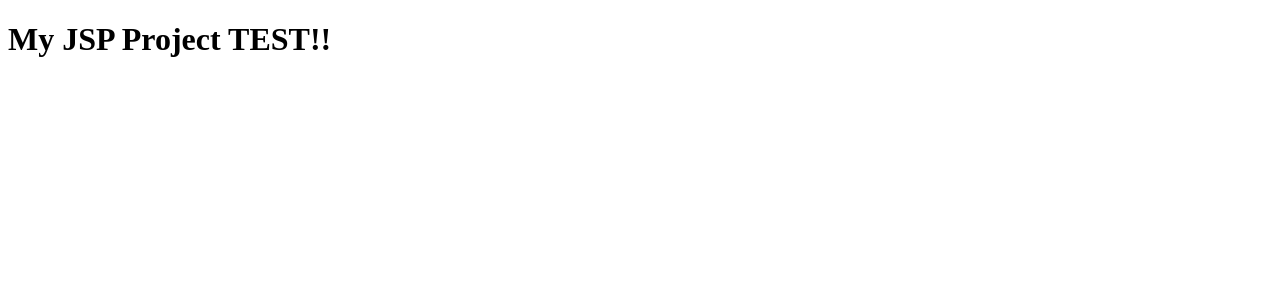
Repository: dlfhrrl12/jsptest
Page: http://localhost/jsp_study2/
An editor plug-in stored every save of this project. The page is shown before and after the next save, followed by the edit.
The browser window is 1280 px wide. The pictures show the whole page.
The page is served by Tomcat 9.

Above is the page before, as saved 2024-04-16 06:09:55.

After the next save:
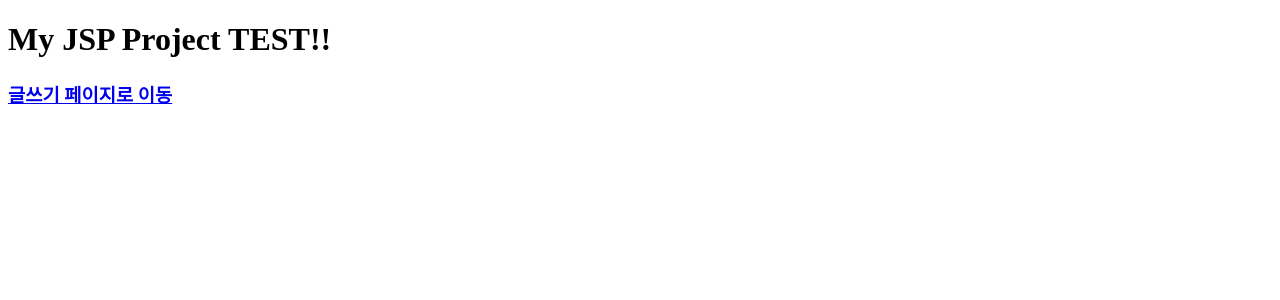
Saved 2 min 13 s later.
--- a/jsp_study2/src/main/webapp/index.jsp
+++ b/jsp_study2/src/main/webapp/index.jsp
@@ -8,5 +8,6 @@
 </head>
 <body>
 	<h1>My JSP Project TEST!!</h1>
+	<h3><a href="/brd/register">글쓰기 페이지로 이동</a></h3>
 </body>
 </html>
